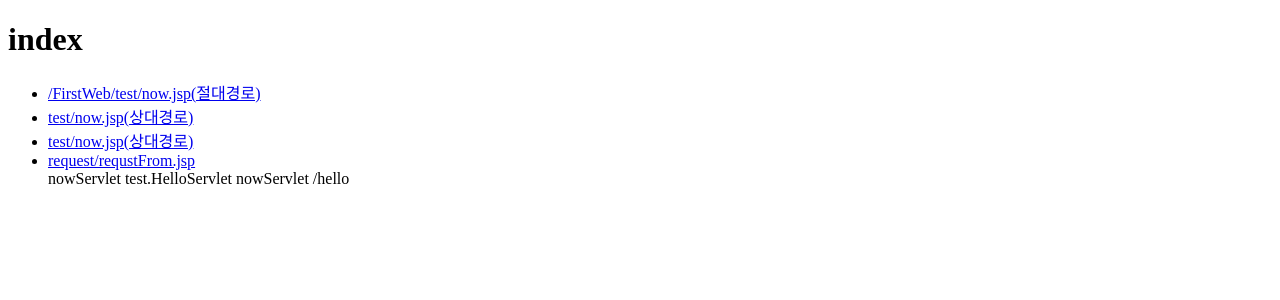
Repository: 2hundred2ne2/bit
Page: http://localhost/First_Web/
The author's editor kept a copy of each file at every save. The page is drawn from the files as they stood at one save, then again after the next save.
The browser window is 1280 px wide. The pictures show the whole page.
The page is served by Tomcat 9.

Above is the page before, as saved 2020-12-16 07:23:19.

After the next save:
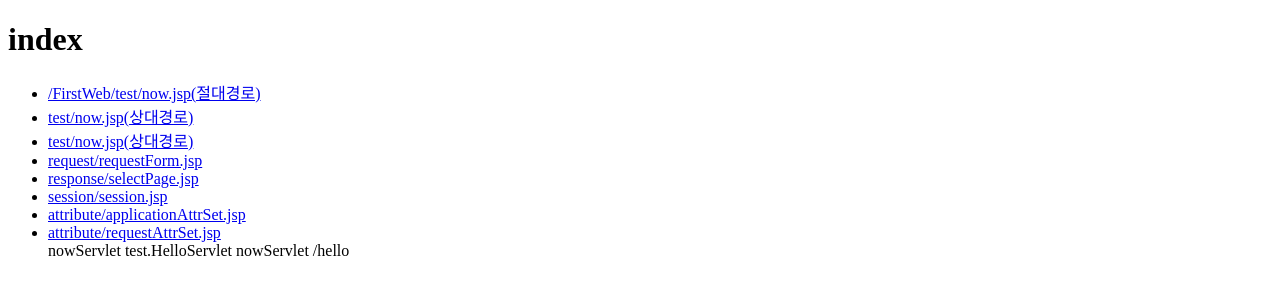
Saved 66 s later.
--- a/JSP_PROJECT/First_Web/WebContent/index.jsp
+++ b/JSP_PROJECT/First_Web/WebContent/index.jsp
@@ -1,5 +1,5 @@
 <%@ page language="java" contentType="text/html; charset=UTF-8"
-    pageEncoding="UTF-8"%>
+	pageEncoding="UTF-8"%>
 <!DOCTYPE html>
 <html>
 <head>
@@ -7,28 +7,28 @@
 <title>First Jsp</title>
 </head>
 <body>
-<h1>index</h1>
-<ul>
+	<h1>index</h1>
+	<ul>
 
-<li><a href="/FirstWeb/test/now.jsp">/FirstWeb/test/now.jsp(절대경로)</a></li>
-<li><a href="test/now.jsp">test/now.jsp(상대경로)</a></li>
-<li><a href="test/application/msword">test/now.jsp(상대경로)</a></li>
-<li><a href="request/requstFrom.jsp">request/requstFrom.jsp</a></li>
+		<li><a href="/FirstWeb/test/now.jsp">/FirstWeb/test/now.jsp(절대경로)</a></li>
+		<li><a href="test/now.jsp">test/now.jsp(상대경로)</a></li>
+		<li><a href="test/application/msword">test/now.jsp(상대경로)</a></li>
+		<li><a href="request/requestForm.jsp">request/requestForm.jsp</a></li>
+		<li><a href="response/selectPage.jsp">response/selectPage.jsp</a></li>
+		<li><a href="session/session.jsp">session/session.jsp</a></li>
+		<li><a href="attribute/applicationAttrSet.jsp">attribute/applicationAttrSet.jsp</a></li>
+		<li><a href="attribute/requestAttrSet.jsp">attribute/requestAttrSet.jsp</a></li>
 
 
- <!--
+		<!--
   			서블릿 등록
   			서블릿 이름, 서블릿 클래스의 풀 네임
   -->
-  <servlet>
-  	<servlet-name>nowServlet</servlet-name>
-  	<servlet-class>test.HelloServlet</servlet-class>
-  </servlet>
+		<servlet> <servlet-name>nowServlet</servlet-name> <servlet-class>test.HelloServlet</servlet-class>
+		</servlet>
 
-  <servlet-mapping>
-  	<servlet-name>nowServlet</servlet-name>
-  	<url-pattern>/hello</url-pattern>
-  </servlet-mapping>
-</ul>
+		<servlet-mapping> <servlet-name>nowServlet</servlet-name>
+		<url-pattern>/hello</url-pattern> </servlet-mapping>
+	</ul>
 </body>
 </html>
